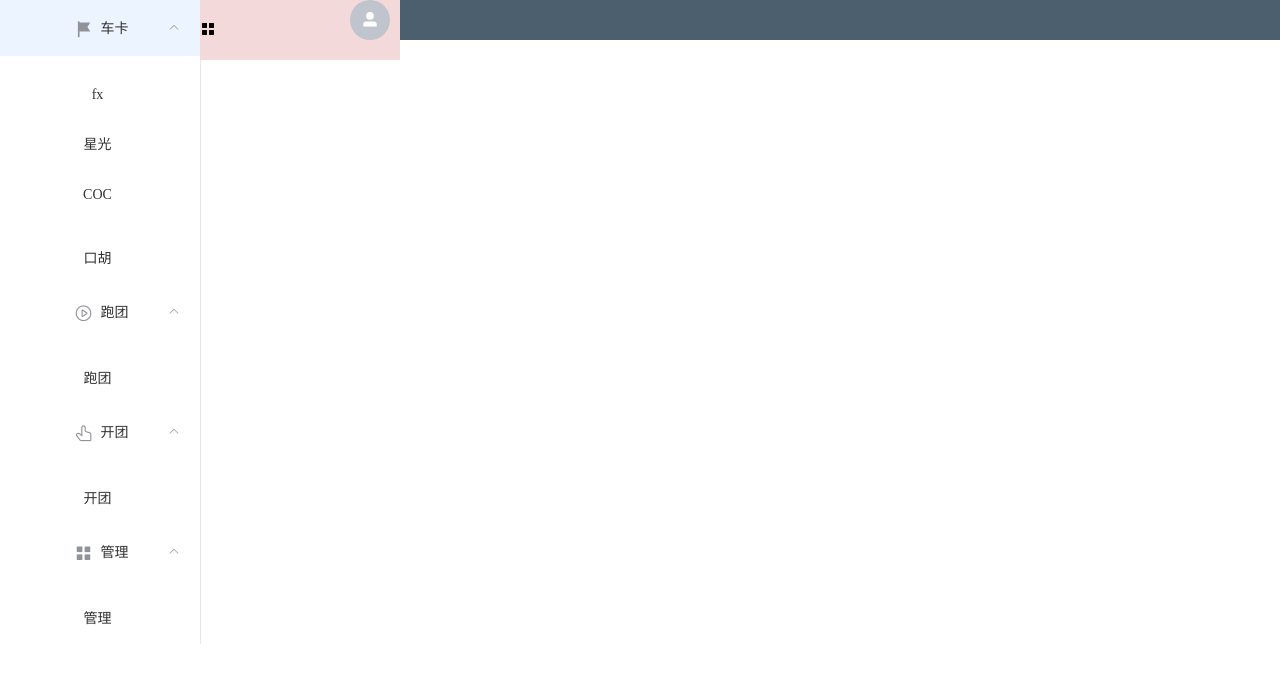
Repository: redlout/ptgkd
Page: /
An editor plug-in stored every save of this project. The page is shown before and after the next save, followed by the edit.
The browser window is 1280 px wide. The pictures show the whole page.
The project was rebuilt for these pictures with package versions that can differ from the ones it lists, and the page was loaded fresh each time. Also part of the build but not shown: src/mock/mock.js, src/views/Login.vue, src/components/SvgIcon/index.vue.

Above is the page before, as saved 2019-09-02 21:45:36.

After the next save:
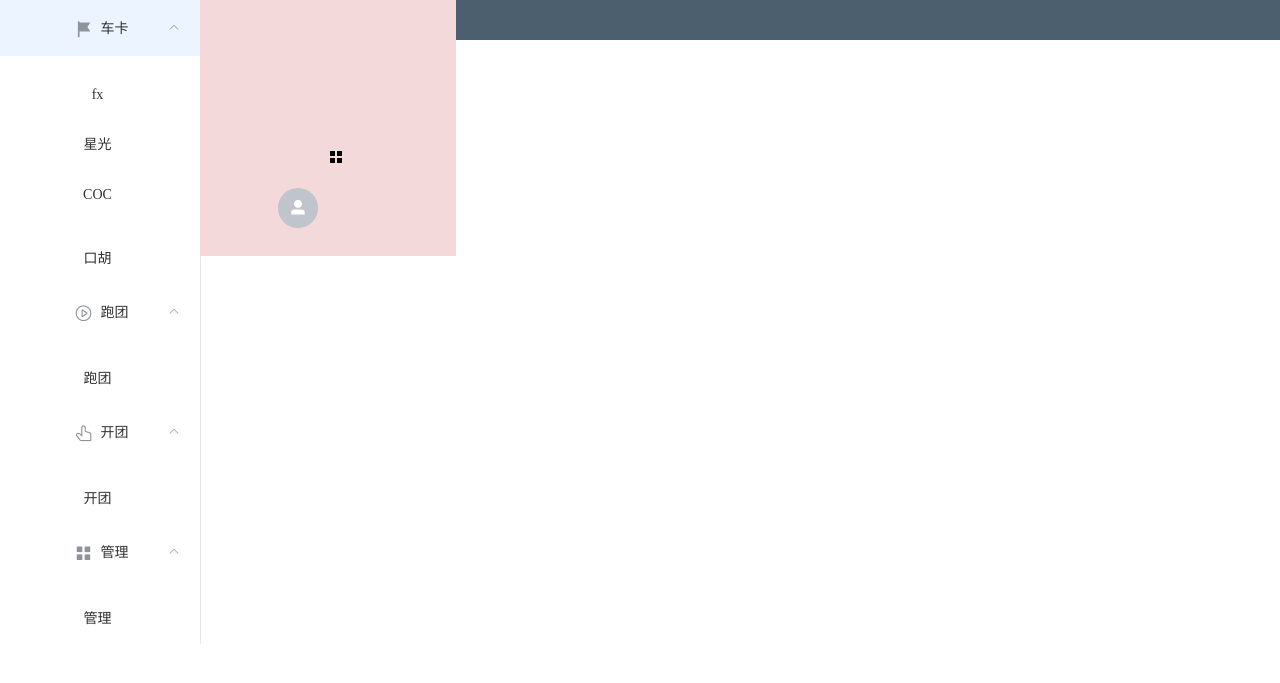
Saved 31 s later.
--- a/src/components/HeadBar/index.vue
+++ b/src/components/HeadBar/index.vue
@@ -42,8 +42,8 @@ export default {
   right: 0px;
   height: 60px;
   line-height: 60px;
-  padding: 0px;
-  margin-right: 10%;
+  padding: 10%;
+  // margin-right: 10%;
   .collapse-switcher {
     width: 40px;
     float: left;
